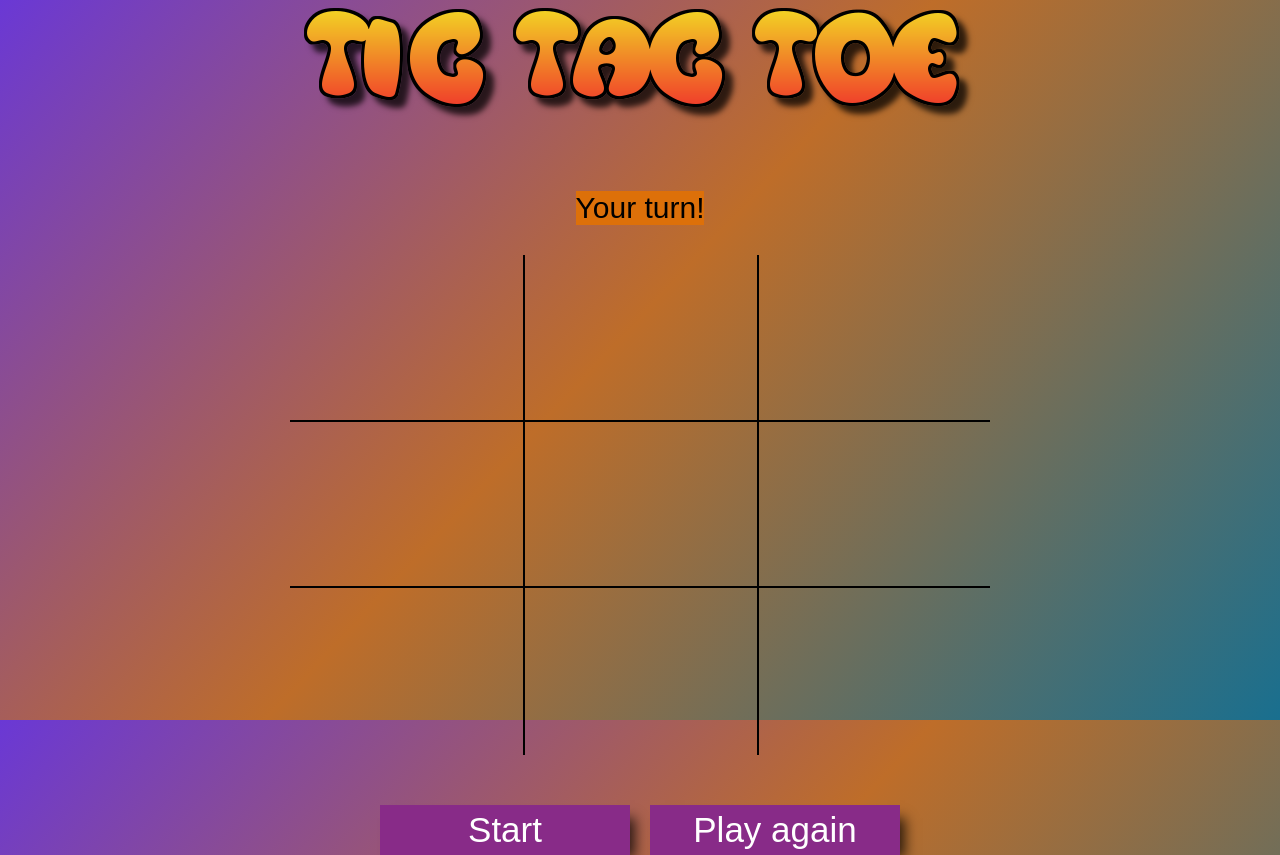
Repository: malx9/Project--5---Tic-Tac-Toe-with-AI
Page: index.html
An editor plug-in stored every save of this project. The page is shown before and after the next save, followed by the edit.
The browser window is 1280 px wide. The pictures show the whole page.
Some web fonts or font styles are not loaded; a fallback is used.

Above is the page before, as saved 2023-12-25 18:01:09.

### index.html
<!DOCTYPE html>
<html lang="en">
  <head>
    <meta charset="UTF-8" />
    <meta name="viewport" content="width=device-width, initial-scale=1.0" />
    <link rel="stylesheet" href="styles.css" />
    <title>Tic Tac Toe</title>
  </head>
  <body>
    <header>
      <img class="logo" src="images/logo.png" />
    </header>
    <main>
      <div class="current--player">
        <p class="current--player--information">Your turn!</p>
      </div>
      <div class="game--board">
        <div class="square square-1"></div>
        <div class="square square-2"></div>
        <div class="square square-3"></div>
        <div class="square square-4"></div>
        <div class="square square-5"></div>
        <div class="square square-6"></div>
        <div class="square square-7"></div>
        <div class="square square-8"></div>
        <div class="square square-9"></div>
      </div>
      <div class="game--options">
        <button class="game--options__button game--options__start">
          Start
        </button>
        <button class="game--options__button game--options__play">
          Play again
        </button>
      </div>
    </main>
  </body>
</html>

### styles.css
@import url("https://fonts.googleapis.com/css2?family=Concert+One&display=swap");

html {
  height: 100%;
  margin: 0;
  font-family: "Concert One", sans-serif;
}

body {
  margin: 0;
  background: rgb(106, 56, 213);
  background: linear-gradient(
    133deg,
    rgba(106, 56, 213, 1) 0%,
    rgba(190, 109, 41, 1) 48%,
    rgba(25, 111, 143, 1) 100%
  );
}

.logo {
  display: block;
  margin-left: auto;
  margin-right: auto;
  margin-bottom: 30px;
}

.current--player {
  display: flex;
  justify-content: center;
  align-items: center;
  font-size: 30px;
}

.current--player--information {
  background-color: rgb(221, 112, 9);
}

.game--board {
  display: grid;
  grid-template-columns: repeat(3, 1fr);
  grid-template-rows: repeat(3, 1fr);
  width: 700px;
  height: 500px;
  margin: auto;
}

.square {
  background-color: transparent;
  border: 2px solid #000000;
  border-top: 0;
  border-right: 0;
}

.square-7,
.square-8,
.square-9 {
  border-bottom: 0;
}

.square-1,
.square-4,
.square-7 {
  border-left: 0;
}

.game--options {
  display: flex;
  justify-content: center;
  align-items: center;
  gap: 20px;
  margin-top: 50px;
}

.game--options__button {
  width: 250px;
  height: 50px;
  background-color: rgb(136, 43, 136);
  border-style: solid;
  border: 0;
  font-size: 35px;
  color: rgb(255, 255, 255);
  font-family: "Concert One", sans-serif;
  box-shadow: 10px 8px 12px -5px rgba(0, 0, 0, 0.75);
}

After the next save:
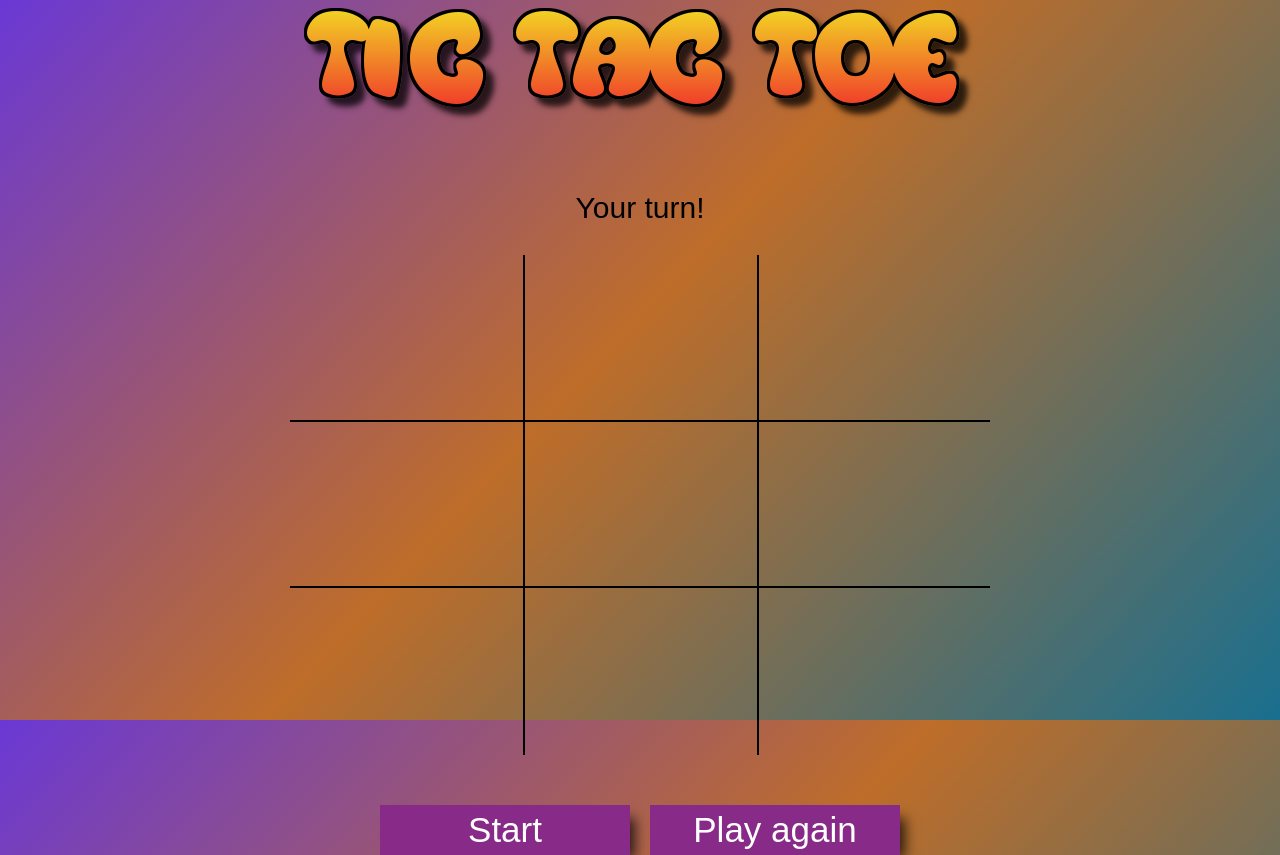
Saved 5 s later.
--- a/styles.css
+++ b/styles.css
@@ -29,10 +29,6 @@ body {
   justify-content: center;
   align-items: center;
   font-size: 30px;
-}
-
-.current--player--information {
-  background-color: rgb(221, 112, 9);
 }
 
 .game--board {
